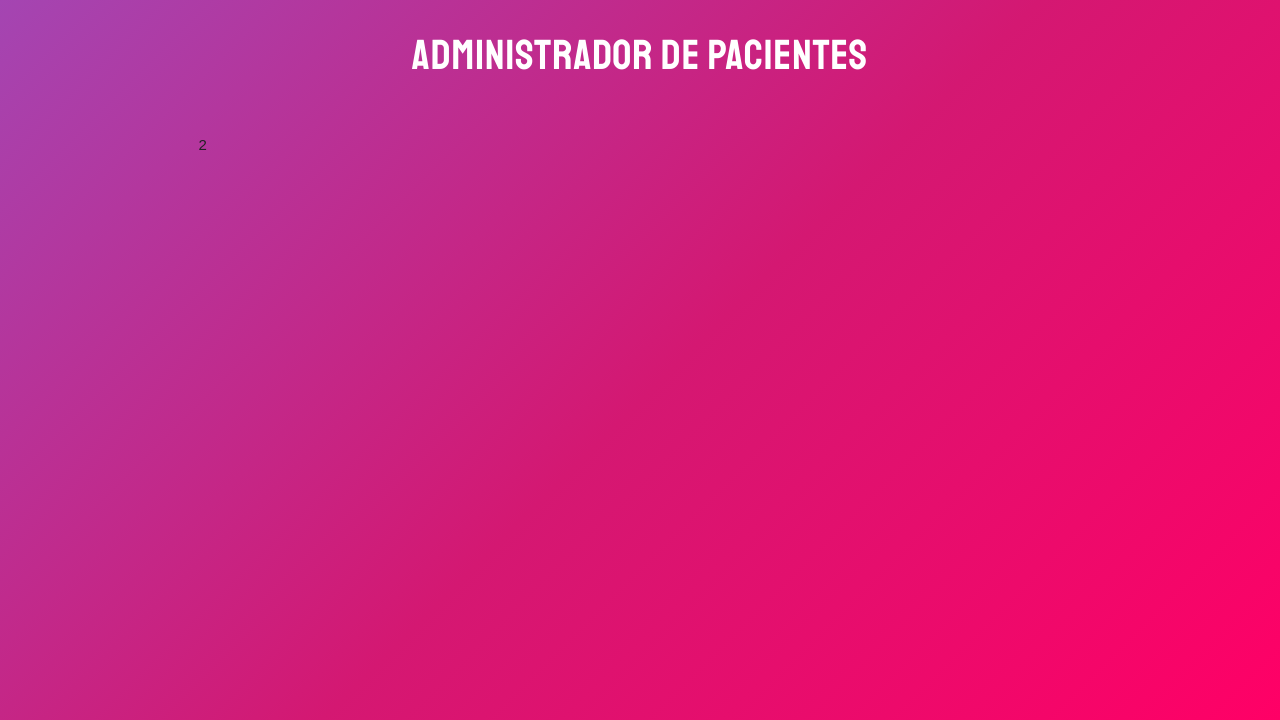
Repository: lmencos/pacientes
Page: /
These files come from the project's save history. The page is drawn as it stood at one moment and after the next save; the edit follows.
The browser window is 1280 px wide. The pictures show the whole page.
The project was rebuilt for these pictures with package versions that can differ from the ones it lists, and the page was loaded fresh each time.

Above is the page before, as saved 2020-08-10 17:42:28.

### src/index.css
html {
  min-height: 100%;
}
body {
  margin: 0;
  padding: 0;
  font-family: sans-serif;
  background-image: linear-gradient(-225deg, #A445B2 0%, #D41872 52%, #FF0066 100%);
  min-height: 100%;
  padding-bottom: 5rem;
}
h1, h2, h3, h4  {
  color: white;
  padding: 3rem 0;
  text-align: center;

  text-transform: uppercase;

  font-family: 'Staatliches', cursive;
  letter-spacing: 1px;
}
.lista-citas .media {
  border-bottom: 1px solid #e1e1e1;
  padding-bottom: 3rem;
}

.lista-citas .media:last-of-type{
  border-bottom: 0;
}
.lista-citas .media-body p {
  margin:0;
}
.lista-citas .media-body button {
  margin-top: 1rem!important;
}
.lista-citas .media-body span {
  font-weight: bold;
}

label {
  color: white;
}

input[type="date"],
input[type="time"] {
  height: 38px;
    padding: 6px 10px;
    background-color: #fff;
    border: 1px solid #D1D1D1;
    border-radius: 4px;
    box-shadow: none;
    box-sizing: border-box;
}

.cita {
  padding: 2rem;
  background: white;
  border-bottom: 1px solid #e1e1e1;
  color: black;
}

.cita p {
  font-weight: bold;
  margin-bottom: .8rem;
}
.cita p span {
  font-weight: normal;

}
.cita:first-of-type {
  border-top-left-radius: 1rem;
  border-top-right-radius: 1rem;
}
.cita:last-of-type {
  border-bottom-left-radius: 1rem;
  border-bottom-right-radius: 1rem;
}
.button.eliminar,
.button.eliminar:hover {
  background-color: #c10059;
  color: white;
  margin-top: 2rem;
}

.alerta-error {
  background-color: white;
  color: red;
  padding: 1rem;
  font-size: 2rem;
  text-transform: uppercase;
  text-align: center;
  font-family:  'Staatliches', cursive;
}

### src/App.js
import React, { Fragment } from 'react';
import Formulario from './components/Formulario';

function App() {
  return (
    <Fragment>
      <h2>Administrador de pacientes</h2>
      <div className="container">
        <div className="row">
          <div>
            <div className="one-half column">

            </div>
            <div className="one-half column">
              2
            </div>
          </div>
        </div>

      </div>
    </Fragment>
  );
}

export default App;

### src/components/Formulario.js
import React from 'react';

const Formulario = () => {
  return (
    <h2>Desde Formulario</h2>
   );
}

export default Formulario;

Loaded but not shown: public/index.html (common file); src/index.js (common file); src/serviceWorker.js (common file)

After the next save:
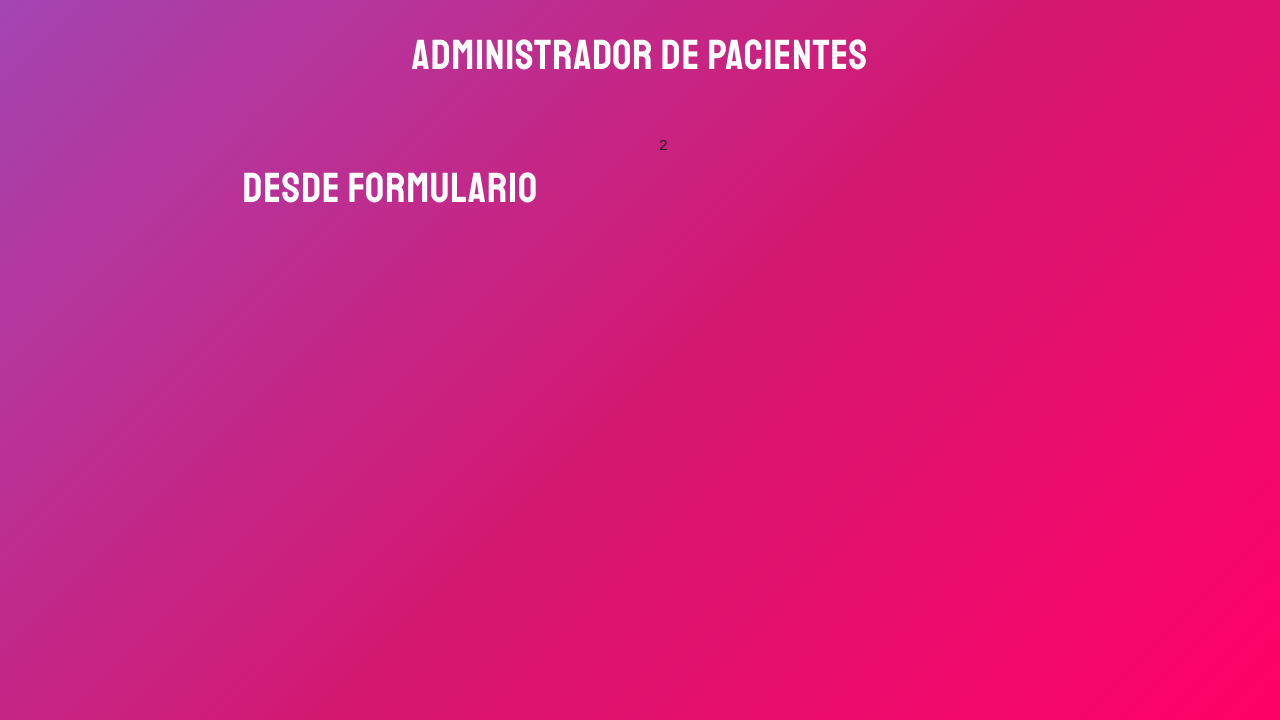
Saved 10 s later.
--- a/src/App.js
+++ b/src/App.js
@@ -9,7 +9,9 @@ function App() {
         <div className="row">
           <div>
             <div className="one-half column">
+              <Formulario
 
+              />
             </div>
             <div className="one-half column">
               2
